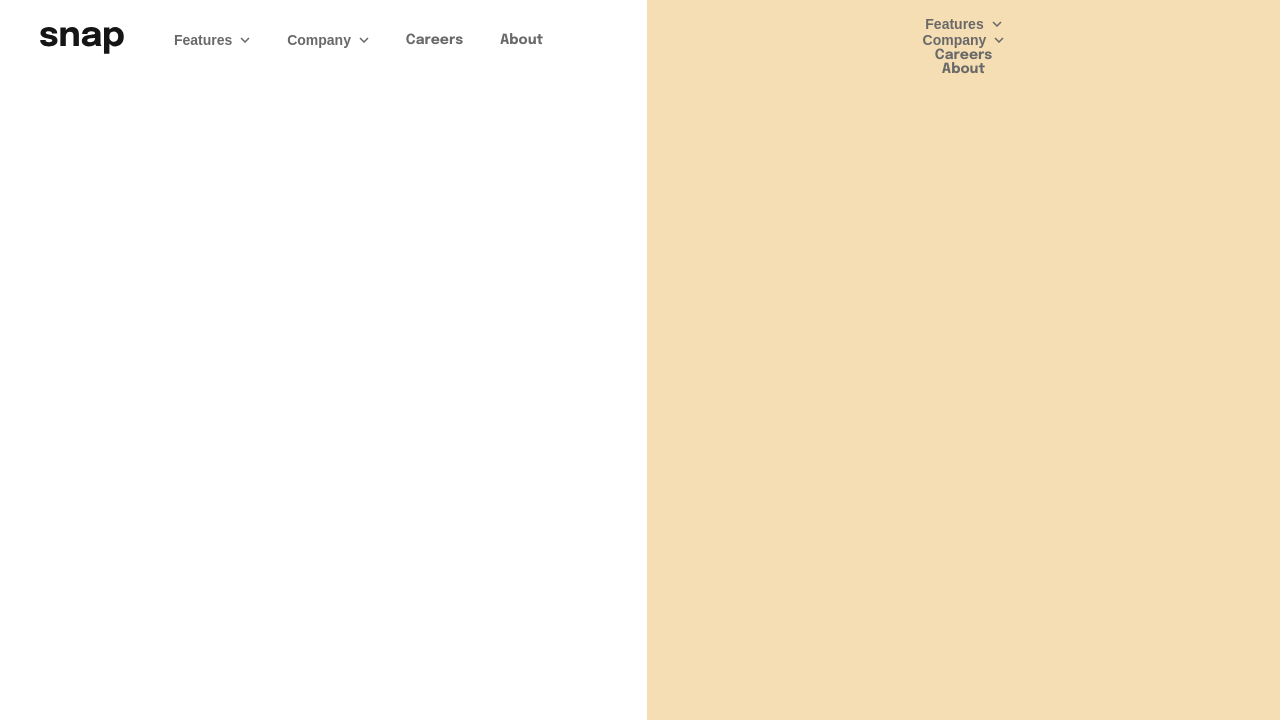
Repository: KamoliddinGIT/intro-section-with-dropdown
Page: index.html
The author's editor kept a copy of each file at every save. The page is drawn from the files as they stood at one save, then again after the next save.
The browser window is 1280 px wide. The pictures show the whole page.

Above is the page before, as saved 2023-09-20 22:04:57.

After the next save:
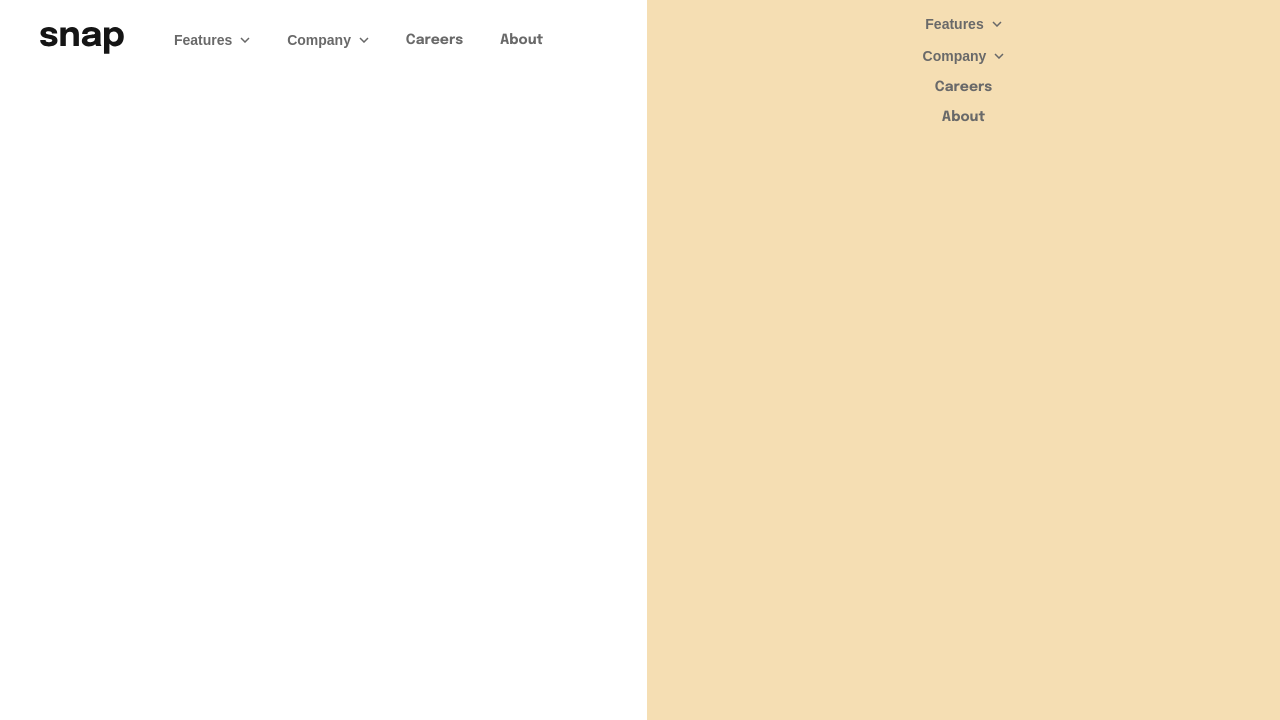
Saved 13 s later.
--- a/css/style.css
+++ b/css/style.css
@@ -54,7 +54,7 @@
   width: 100%;
   height: 132px;
   align-items: center;
-  /* gap: 2.3rem; */
+  gap: 1rem;
   list-style-type: none;
 }
 
